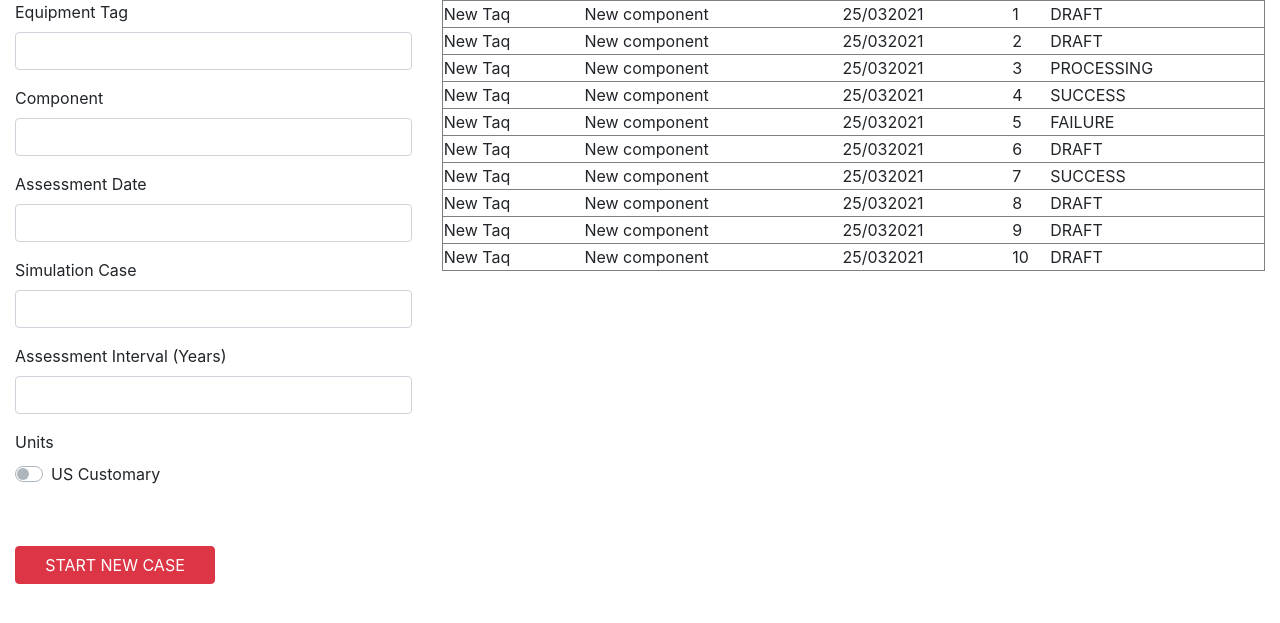
Repository: arif286/dashboard
Page: /
An editor plug-in stored every save of this project. The page is shown before and after the next save, followed by the edit.
The browser window is 1280 px wide. The pictures show the whole page.
The project was rebuilt for these pictures with package versions that can differ from the ones it lists, and the page was loaded fresh each time. The framework's server and built-in components were replaced by stand-ins that run in the browser. Also part of the build but not shown: nuxt.config.js, components/Nav.vue.

Above is the page before, as saved 2021-06-18 18:48:40.

After the next save:
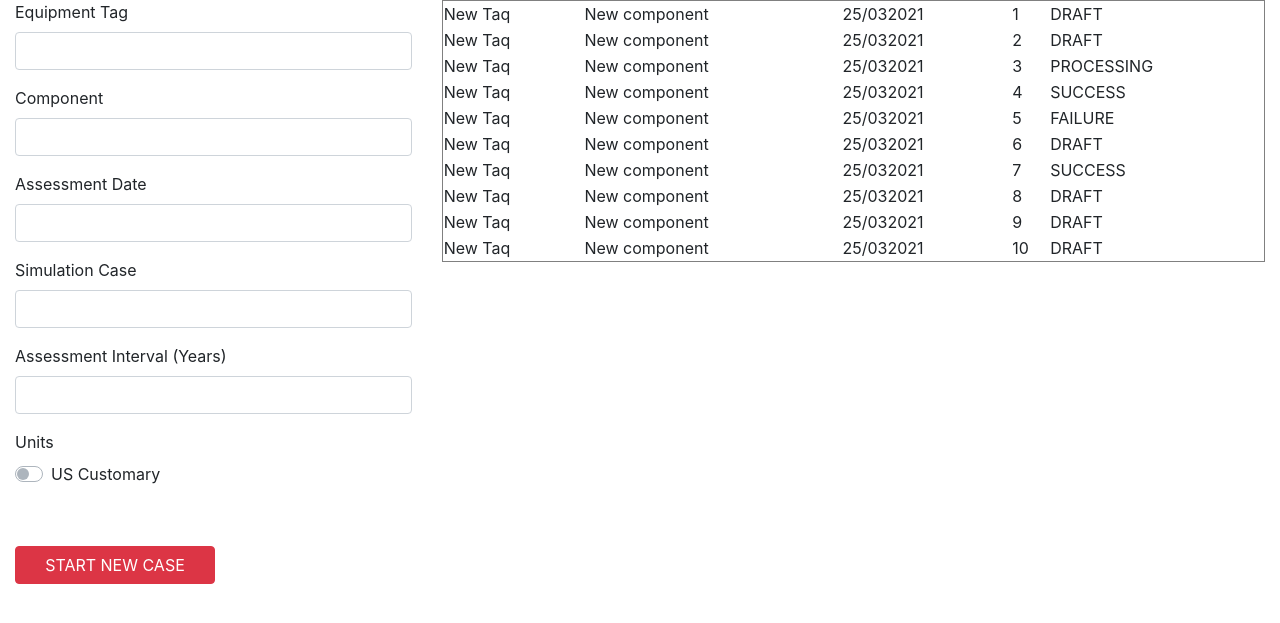
Saved 19 s later.
--- a/components/Table.vue
+++ b/components/Table.vue
@@ -43,7 +43,7 @@ export default {
 </script>
 <style scoped>
 
-.table-border tr{
+.table-border {
  border: 1px solid gray;
 }
 </style>
